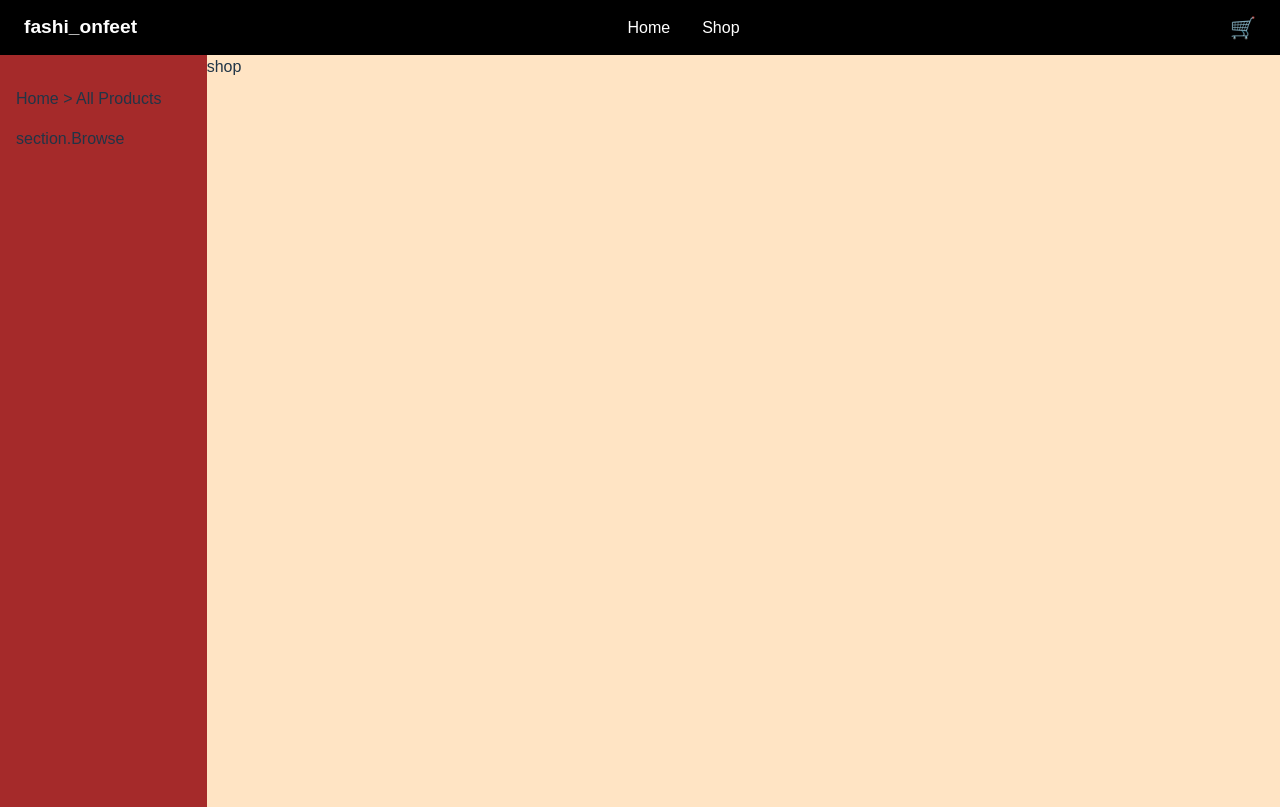
Repository: EphrahimLaanyu123/fashi_onfeet
Page: /shop
These files come from the project's save history. The page is drawn as it stood at one moment and after a run of saves; the edit follows.
The browser window is 1280 px wide. The pictures show the whole page.
The project was rebuilt for these pictures with package versions that can differ from the ones it lists, and the page was loaded fresh each time. Also part of the build but not shown: vite.config.js, src/Home/Home.jsx, src/Home/components/Products.css, src/Home/components/Products.jsx, src/Shop/components/supabaseClient.js, src/Shop/components/AddForm.css, src/Shop/components/AddProductForm.jsx.

Above is the page before, as saved 2025-04-18 20:43:29.

### src/App.jsx
// src/App.js
import React from 'react';
import { BrowserRouter as Router, Routes, Route } from 'react-router-dom';
import './App.css';

import Home from './Home/Home';
import Products from './Home/components/Products';
import Shop from './Shop/Shop';
import AddForm from './Shop/components/AddProductForm';

function App() {
  return (
    <Router>
      <div className="App">
        <Routes>
          <Route path="/" element={<Home />} />
          <Route path="/shop" element={<Shop />} />
          <Route path="/add" element={<AddForm />} />
          {/* 404 fallback */}
        </Routes>
      </div>
    </Router>
  );
}

export default App;

### src/App.css
/* index.css or main.css */
body, html {
    margin: 0;
    padding: 0;
  }

### src/Shop/Shop.jsx
import React from 'react'
import "./Shop.css"
import Navbar from '../Navbar'

const Shop = () => {
  return (
    <div className='shop_page'>
      <Navbar></Navbar>
      <div className="shop-container">
        <aside className='sidebar'>
          <p>Home > All Products</p>
          section.Browse
        </aside>
        <section className='products-page'>
          shop
        </section>
        </div>
    </div>
  )
}

export default Shop

### src/Home/Home.css

  body, html {
    font-family: sans-serif;
    overflow-x: hidden;
    margin: 0;
    padding: 0;
  }
.main {
    background-color: black;
    width: 100vw;
    display: flex;
    flex-direction: column;
    padding: 6rem;
    justify-content: center;
    overflow-x: hidden;
  }

  .parallax-container {
    display: flex;
    height: 100vh;
    position: relative;
  }

  .parallax-half {
    flex: 1;
    overflow: hidden;
    position: relative;
  }

  /* Left side zoom image container */
  .zoom-wrapper {
    height: 100%;
    width: 100%;
    background-image: url('https://static.wixstatic.com/media/bc439c_81f0e108fef742289cca2a608af8d3c1~mv2.jpg');
    background-attachment: fixed;
    background-position: center;
    background-repeat: no-repeat;
    background-size: cover;
    transform: scale(1.2);
    transition: transform 0.3s ease-out;
    will-change: transform;
  }

  /* Right side static image, shows full image */
  .parallax2 {
    background-image: url('https://static.wixstatic.com/media/bc439c_01f9dcb9288c449084b2625be71b7a54~mv2.jpg');
    background-attachment: fixed;
    background-position: center;
    background-repeat: no-repeat;
    background-size: contain;
    background-color: black;
  }

  .content {
    height: 100vh;
    background-color: #f0f0f0;
    display: flex;
    align-items: center;
    justify-content: center;
    font-size: 2rem;
  }

### src/Shop/Shop.css
/* index.css or main.css */
body, html {
    margin: 0;
    padding: 0;
  }

.shop_page {
    width: 100vw;
}

.shop-container {
    display: flex;

}

.sidebar {
    width: 14%;
    min-height: 100vh;
    background-color: brown;
    padding: 1rem;
}

.products-page {
    width: 86%;
    background-color: bisque;
}

### src/Navbar.jsx
import React from 'react'
import './Navbar.css'

const Navbar = () => {
  return (
    <nav className="navbar">
      <div className="navbar-left">fashi_<span>onfeet</span></div>

      <div className="navbar-center">
        <a href="/" className="nav-link">Home</a>
        <a href="/shop" className="nav-link">Shop</a>
      </div>

      <div className="navbar-right">
        <a href="/cart" className="cart-icon">🛒</a>
      </div>
    </nav>
  )
}

export default Navbar

### src/Navbar.css
.navbar {
    display: flex;
    justify-content: space-between;
    align-items: center;
    background-color: #000;
    color: white;
    padding: 0.75rem 1.5rem;
    font-family: sans-serif;
  }

  .navbar-left {
    font-weight: bold;
    font-size: 1.2rem;
  }

  .navbar-left span {
    color: #fff;
  }

  .navbar-center {
    display: flex;
    gap: 2rem;
  }

  .nav-link {
    color: white;
    text-decoration: none;
    font-size: 1rem;
  }

  .nav-link:hover {
    text-decoration: underline;
  }

  .navbar-right .cart-icon {
    font-size: 1.3rem;
    text-decoration: none;
    color: white;
  }

  .cart-icon:hover {
    opacity: 0.8;
  }

Loaded but not shown: index.html (common file); src/main.jsx (common file); src/index.css (common file)

After the next 2 saves:
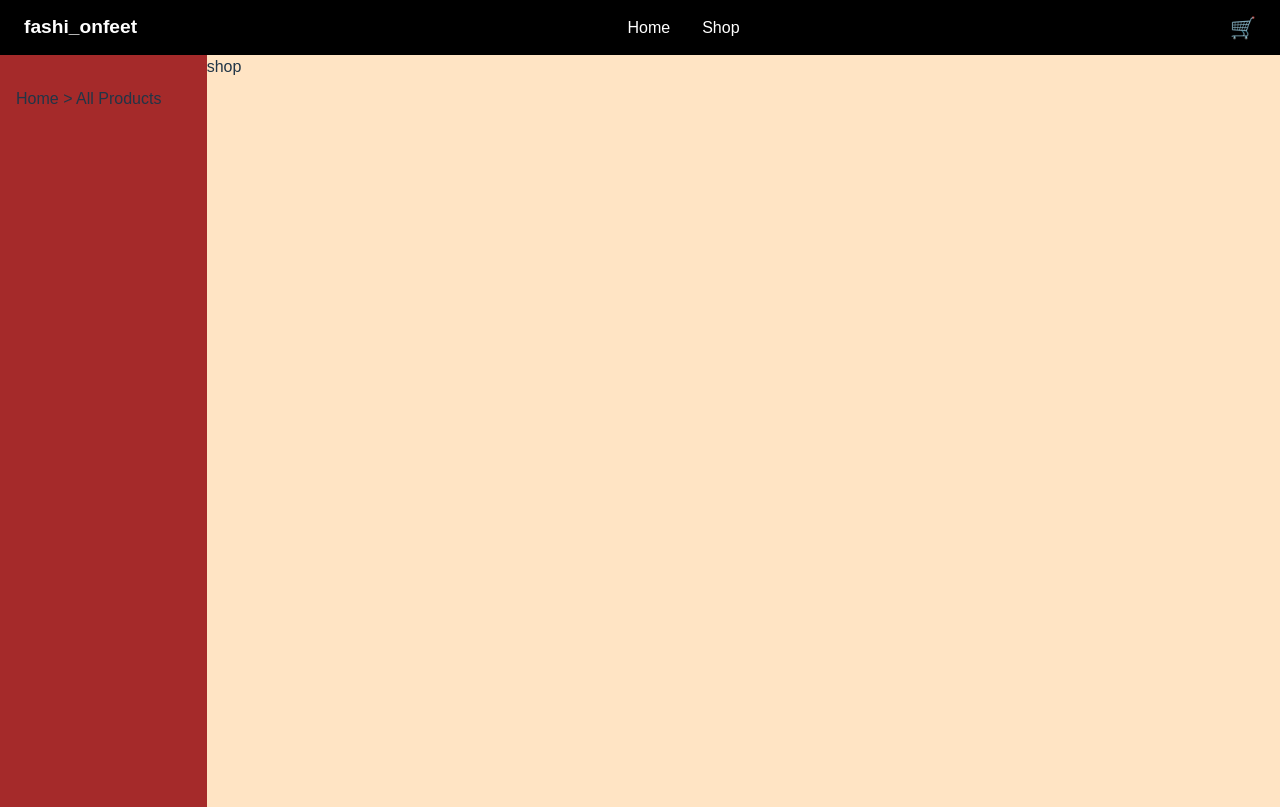
The 2 saves are shown as one change because they came seconds apart.
The last was saved 5 s later.
--- a/src/Shop/Shop.jsx
+++ b/src/Shop/Shop.jsx
@@ -9,7 +9,9 @@ const Shop = () => {
       <div className="shop-container">
         <aside className='sidebar'>
           <p>Home > All Products</p>
-          section.Browse
+          <section className="Browse_by">
+
+          </section>
         </aside>
         <section className='products-page'>
           shop
